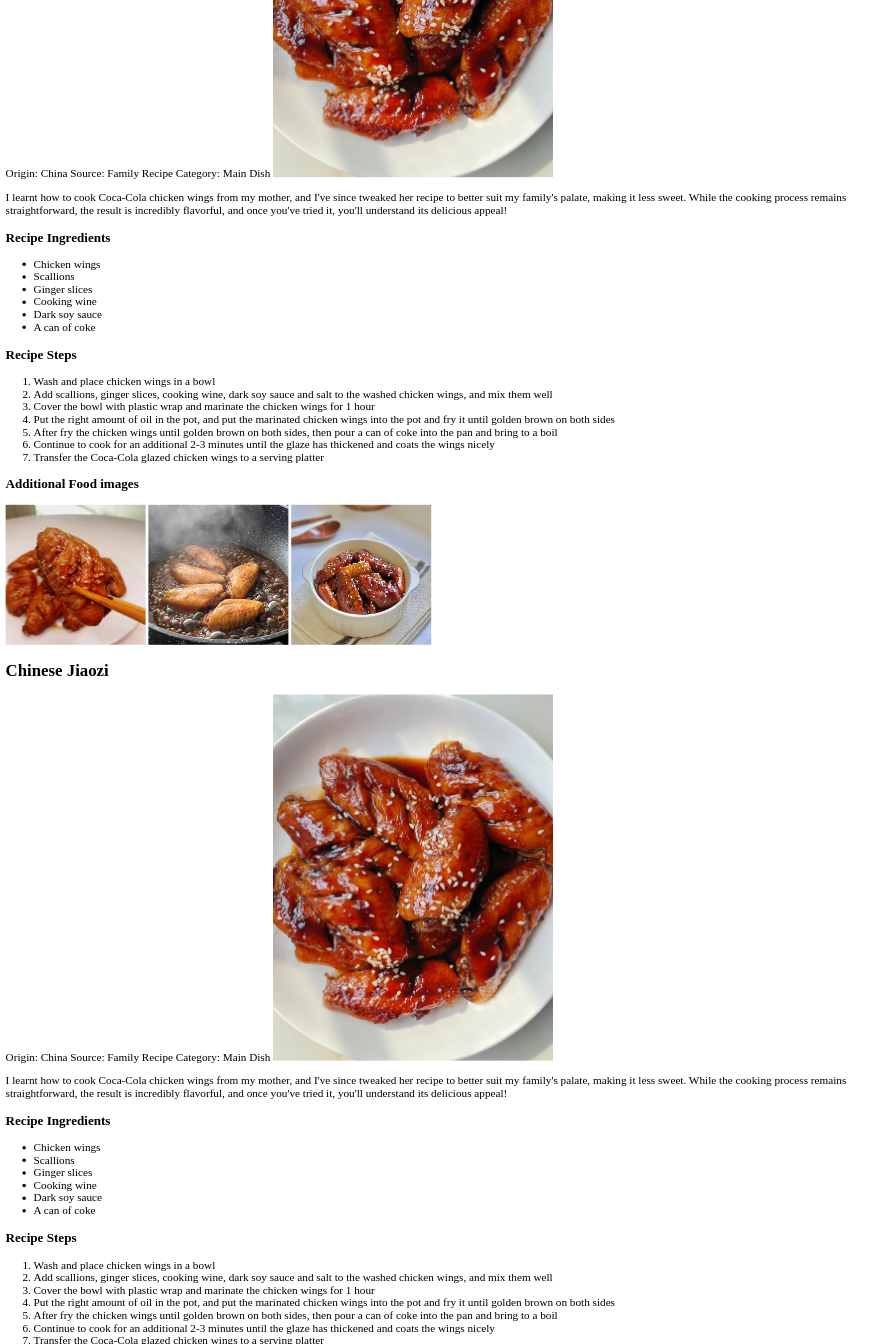
Repository: lulyany/starter_html
Page: recipes.html
The author's editor kept a copy of each file at every save. The page is drawn from the files as they stood at one save, then again after a run of saves.
The browser window is 1280 px wide. The pictures show the part of the page from y = 433 to 2353 px (the page is 3731 px tall), at 70% of full size.
A picture or video elsewhere on the page could not be fetched, so the positions and the page height are approximate.

Above is the page before, as saved 2023-09-16 00:50:26.

After the next 2 saves:
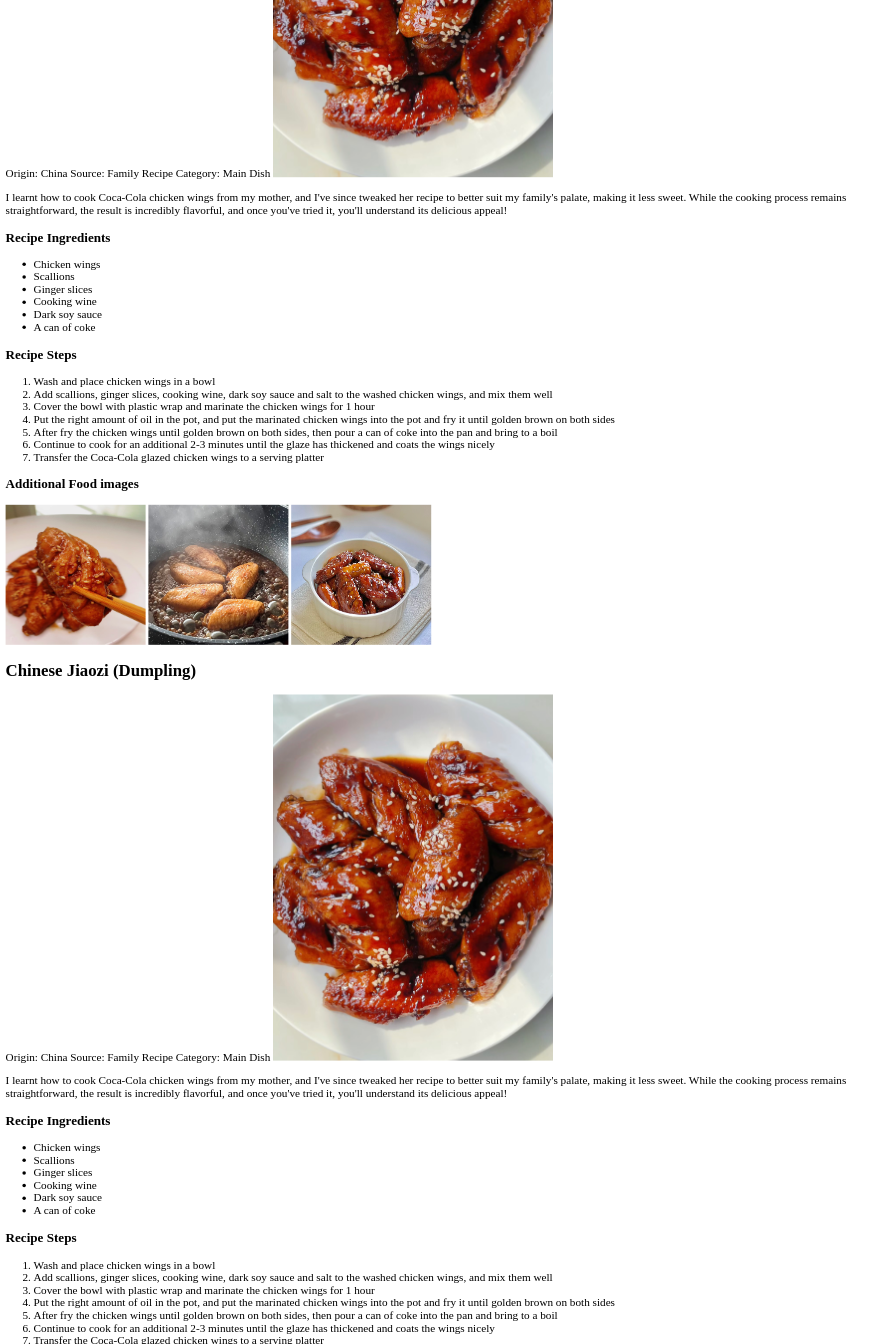
The 2 saves are shown as one change because they came seconds apart.
The last was saved 8 s later.
--- a/recipes.html
+++ b/recipes.html
@@ -61,7 +61,7 @@
         </div>
 
         <div>
-            <h2>Chinese Jiaozi</h2>
+            <h2>Chinese Jiaozi (Dumpling)</h2>
             <span>Origin: China</span>
             <span>Source: Family Recipe</span>
             <span>Category: Main Dish</span>
